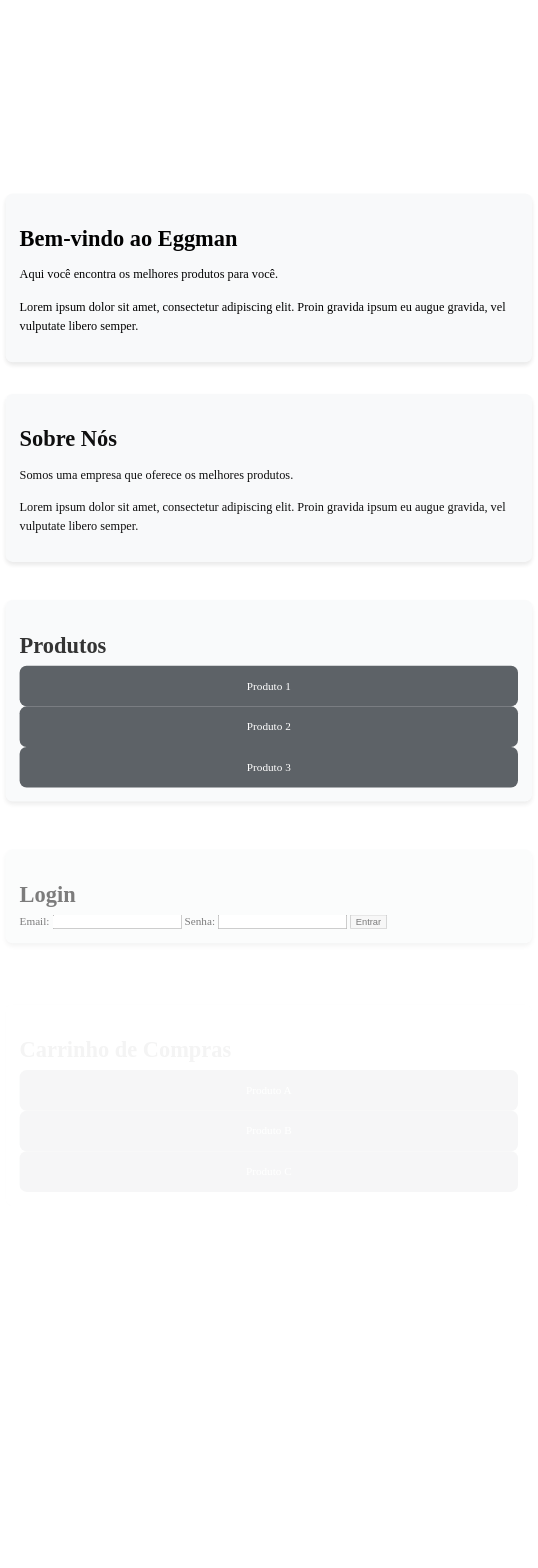
Repository: Matheus904-12/teste-2
Page: index.html
An editor plug-in stored every save of this project. The page is shown before and after the next save, followed by the edit.
The browser window is 768 px wide. The pictures show the part of the page from y = 0 to 2240 px (the page is 2474 px tall before and 5531 px after), at 70% of full size.
Some web libraries are served in a nearby version.

Above is the page before, as saved 2023-11-04 02:35:58.

### index.html
<!DOCTYPE html>
<html lang="en">
<head>
    <meta charset="UTF-8">
    <meta name="viewport" content="width=device-width, initial-scale=1.0">
    <link rel="stylesheet" href="style.css">
    <title>Eggman</title>
</head>
<body>
    <header class="header">
        <div class="container">
            <h1>Eggman</h1>
            <div class="mode-toggle">
                <label for="mode-switch">Modo Claro</label>
                <input type="checkbox" id="mode-switch">
            </div>
            <nav class="navbar">
                <ul class="nav-list">
                    <li class="nav-item"><a href="#inicio">Início</a></li>
                    <li class="nav-item"><a href="#sobre">Sobre</a></li>
                    <li class="nav-item"><a href="#produtos">Produtos</a></li>
                    <li class="nav-item"><a href="#login">Login</a></li>
                    <li class="nav-item"><a href="#carrinho">Carrinho</a></li>
                </ul>
            </nav>
        </div>
    </header>
    <main class="main">
        <section id="inicio" class="section">
            <div class="container">
                <h2>Bem-vindo ao Eggman</h2>
                <p>Aqui você encontra os melhores produtos para você.</p>
                <p>Lorem ipsum dolor sit amet, consectetur adipiscing elit. Proin gravida ipsum eu augue gravida, vel vulputate libero semper.</p>
                <!-- Adicione mais conteúdo aqui -->
            </div>
        </section>
        <section id="sobre" class="section">
            <div class="container">
                <h2>Sobre Nós</h2>
                <p>Somos uma empresa que oferece os melhores produtos.</p>
                <p>Lorem ipsum dolor sit amet, consectetur adipiscing elit. Proin gravida ipsum eu augue gravida, vel vulputate libero semper.</p>
                <!-- Adicione mais conteúdo aqui -->
            </div>
        </section>
        <section id="produtos" class="section">
            <div class="container">
                <h2>Produtos</h2>
                <div class="produtos-carousel">
                    <!-- Adicione os produtos aqui -->
                    <div class="produto">Produto 1</div>
                    <div class="produto">Produto 2</div>
                    <div class="produto">Produto 3</div>
                    <!-- Adicione mais produtos aqui -->
                </div>
            </div>
        </section>
        <section id="login" class="section">
            <div class="container">
                <h2>Login</h2>
                <form>
                    <label for="email">Email:</label>
                    <input type="email" id="email" required>
                    <label for="senha">Senha:</label>
                    <input type="password" id="senha" required>
                    <button type="submit">Entrar</button>
                </form>
            </div>
        </section>
        <section id="carrinho" class="section">
            <div class="container">
                <h2>Carrinho de Compras</h2>
                <div class="carrinho">
                    <!-- Adicione os produtos no carrinho aqui -->
                    <div class="item">Produto A</div>
                    <div class="item">Produto B</div>
                    <div class="item">Produto C</div>
                    <!-- Adicione mais itens aqui -->
                </div>
            </div>
        </section>
        <section id="flip-cards" class="section">
            <div class="container">
                <h2>Flip Cards</h2>
                <div class="flip-card">
                    <div class="flip-card-inner">
                        <div class="flip-card-front">
                            <h3>Card 1</h3>
                        </div>
                        <div class="flip-card-back">
                            <p>Detalhes do Card 1</p>
                        </div>
                    </div>
                </div>
                <div class="flip-card">
                    <div class="flip-card-inner">
                        <div class="flip-card-front">
                            <h3>Card 2</h3>
                        </div>
                        <div class="flip-card-back">
                            <p>Detalhes do Card 2</p>
                        </div>
                    </div>
                </div>
            </div>
        </section>
    </main>
    <footer class="footer">
        <div class="container">
            <p>Eggman &copy; 2023. Todos os direitos reservados.</p>
        </div>
    </footer>
    <script src="https://cdnjs.cloudflare.com/ajax/libs/gsap/3.9.1/gsap.min.js"></script>
    <script src="https://cdnjs.cloudflare.com/ajax/libs/gsap/3.9.1/ScrollTrigger.min.js"></script>
    <script src="main.js"></script>
</body>
</html>

### style.css
/* Seu CSS existente permanece o mesmo */

/* Adicionando mais estilos */
.container {
    padding: 20px;
    background-color: #f8f9fa;
    border-radius: 10px;
    box-shadow: 0 4px 8px rgba(0, 0, 0, 0.1);
}

.section {
    margin-bottom: 40px;
}

h2 {
    font-size: 2em;
    margin-bottom: 10px;
}

p {
    font-size: 1.1em;
    line-height: 1.6;
}

.produto, .item {
    padding: 20px;
    background-color: #343a40;
    color: #fff;
    border-radius: 10px;
    text-align: center;
}

.flip-card {
    width: 200px;
    height: 200px;
    margin: 20px;
}

.flip-card-inner {
    width: 100%;
    height: 100%;
    transition: transform 0.6s;
    transform-style: preserve-3d;
    box-shadow: 0 4px 8px rgba(0, 0, 0, 0.1);
}

.flip-card-front, .flip-card-back {
    position: absolute;
    width: 100%;
    height: 100%;
    backface-visibility: hidden;
    display: flex;
    align-items: center;
    justify-content: center;
}

.flip-card-front {
    background-color: #343a40;
}

.flip-card-back {
    background-color: #fff;
    color: #343a40;
    transform: rotateY(180deg);
}

/* Adicionando estilos para o botão de alternância de modo */
.mode-toggle {
    margin-left: 20px;
    display: flex;
    align-items: center;
}

.mode-toggle label {
    font-size: 1.1em;
    margin-right: 10px;
}

.mode-toggle input[type="checkbox"] {
    -webkit-appearance: none;
    -moz-appearance: none;
    appearance: none;
    width: 40px;
    height: 20px;
    background-color: #ccc;
    border-radius: 10px;
    position: relative;
    cursor: pointer;
    outline: none;
}

.mode-toggle input[type="checkbox"]:before {
    content: '';
    position: absolute;
    width: 18px;
    height: 18px;
    border-radius: 50%;
    background-color: #fff;
    left: 2px;
    top: 50%;
    transform: translateY(-50%);
    transition: 0.3s;
}

.mode-toggle input[type="checkbox"]:checked:before {
    left: calc(100% - 20px);
}

### main.js
document.querySelectorAll('nav a').forEach(anchor => {
    anchor.addEventListener('click', function (e) {
        e.preventDefault();
        document.querySelector(this.getAttribute('href')).scrollIntoView({
            behavior: 'smooth'
        });
    });
});

document.addEventListener('DOMContentLoaded', function() {
    gsap.registerPlugin(ScrollTrigger);

    gsap.from('.header', {
        y: -100,
        opacity: 0,
        duration: 1,
        ease: "power2.out",
        scrollTrigger: {
            trigger: 'body',
            start: 'top top',
            end: 'bottom top',
            scrub: true
        }
    });

    gsap.from('.navbar', {
        y: -100,
        opacity: 0,
        duration: 1,
        ease: "power2.out",
        scrollTrigger: {
            trigger: 'body',
            start: 'top top',
            end: 'bottom top',
            scrub: true
        }
    });

    gsap.from('.section', {
        y: 100,
        opacity: 0,
        duration: 1,
        ease: "power2.out",
        stagger: 0.2,
        scrollTrigger: {
            trigger: '.section',
            start: 'top bottom',
            end: 'bottom top',
            scrub: true
        }
    });

    gsap.from('.footer', {
        y: 100,
        opacity: 0,
        duration: 1,
        ease: "power2.out",
        scrollTrigger: {
            trigger: '.footer',
            start: 'top bottom',
            end: 'bottom top',
            scrub: true
        }
    });
});

After the next save:
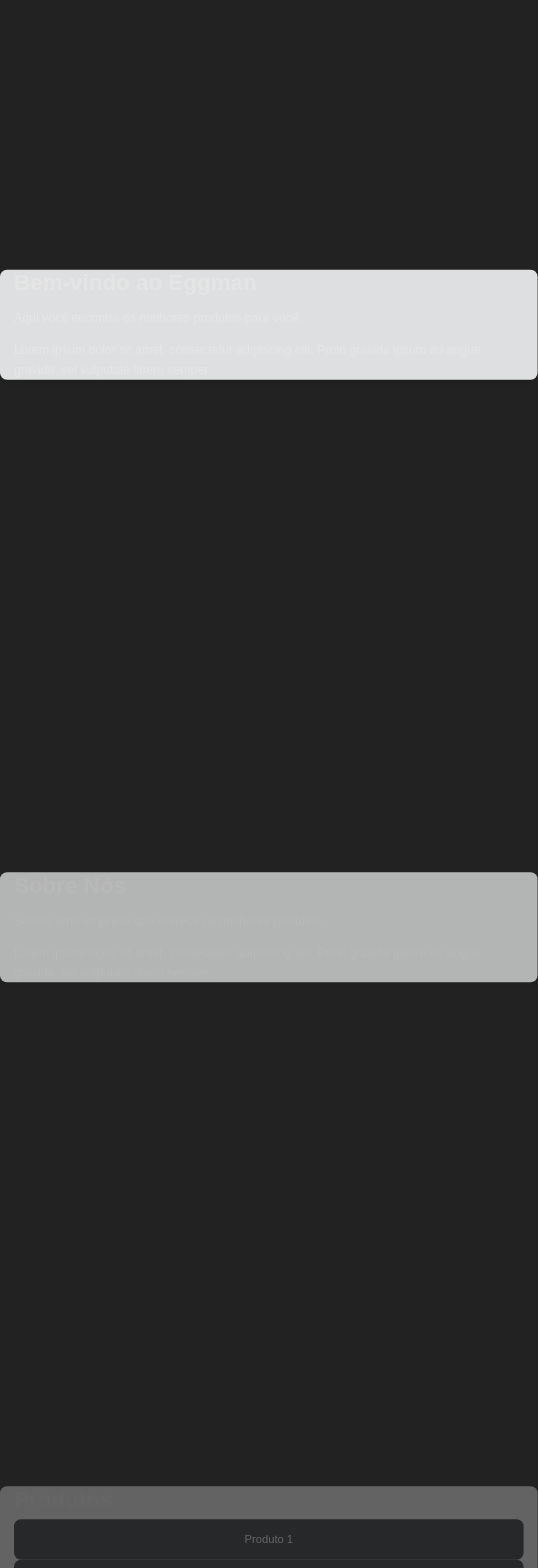
Saved 20 s later.
--- a/style.css
+++ b/style.css
@@ -105,3 +105,75 @@
 .mode-toggle input[type="checkbox"]:checked:before {
     left: calc(100% - 20px);
 }
+
+body {
+    margin: 0;
+    font-family: Arial, sans-serif;
+    background-color: #222;
+    color: #fff;
+}
+
+.container {
+    max-width: 1200px;
+    margin: 0 auto;
+    padding: 0 20px;
+}
+
+.header {
+    background-color: #333;
+    padding: 20px 0;
+    position: sticky;
+    top: 0;
+    z-index: 100;
+}
+
+.navbar {
+    float: right;
+}
+
+.nav-list {
+    list-style-type: none;
+    padding: 0;
+}
+
+.nav-item {
+    display: inline;
+    margin-left: 10px;
+}
+
+.nav-item a {
+    text-decoration: none;
+    color: #fff;
+    font-weight: bold;
+}
+
+.section {
+    min-height: 100vh;
+    padding: 60px 0;
+    box-sizing: border-box;
+}
+
+.produtos, .carrinho {
+    display: grid;
+    grid-template-columns: repeat(auto-fit, minmax(200px, 1fr));
+    grid-gap: 20px;
+}
+
+.footer {
+    background-color: #333;
+    padding: 20px 0;
+    text-align: center;
+}
+
+@media (max-width: 768px) {
+    .navbar {
+        float: none;
+        text-align: center;
+        margin-top: 10px;
+    }
+
+    .nav-item {
+        display: block;
+        margin: 5px 0;
+    }
+}

After the save that followed:
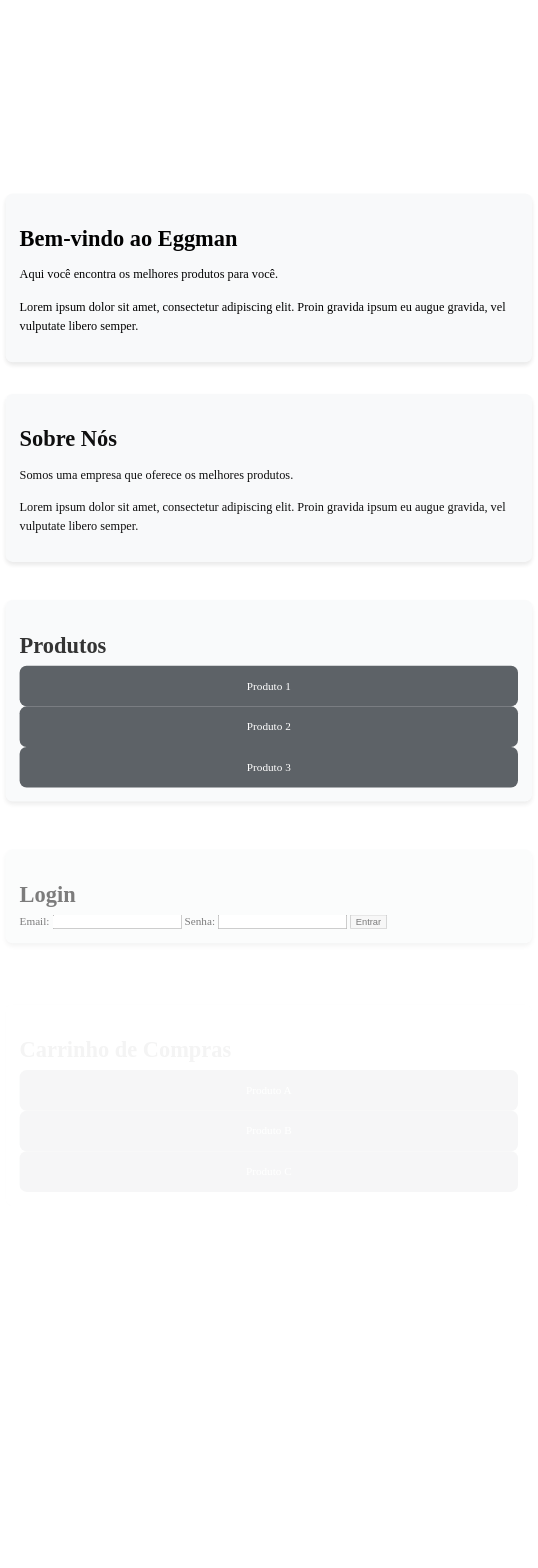
Saved 27 s later.
--- a/style.css
+++ b/style.css
@@ -105,75 +105,3 @@
 .mode-toggle input[type="checkbox"]:checked:before {
     left: calc(100% - 20px);
 }
-
-body {
-    margin: 0;
-    font-family: Arial, sans-serif;
-    background-color: #222;
-    color: #fff;
-}
-
-.container {
-    max-width: 1200px;
-    margin: 0 auto;
-    padding: 0 20px;
-}
-
-.header {
-    background-color: #333;
-    padding: 20px 0;
-    position: sticky;
-    top: 0;
-    z-index: 100;
-}
-
-.navbar {
-    float: right;
-}
-
-.nav-list {
-    list-style-type: none;
-    padding: 0;
-}
-
-.nav-item {
-    display: inline;
-    margin-left: 10px;
-}
-
-.nav-item a {
-    text-decoration: none;
-    color: #fff;
-    font-weight: bold;
-}
-
-.section {
-    min-height: 100vh;
-    padding: 60px 0;
-    box-sizing: border-box;
-}
-
-.produtos, .carrinho {
-    display: grid;
-    grid-template-columns: repeat(auto-fit, minmax(200px, 1fr));
-    grid-gap: 20px;
-}
-
-.footer {
-    background-color: #333;
-    padding: 20px 0;
-    text-align: center;
-}
-
-@media (max-width: 768px) {
-    .navbar {
-        float: none;
-        text-align: center;
-        margin-top: 10px;
-    }
-
-    .nav-item {
-        display: block;
-        margin: 5px 0;
-    }
-}
